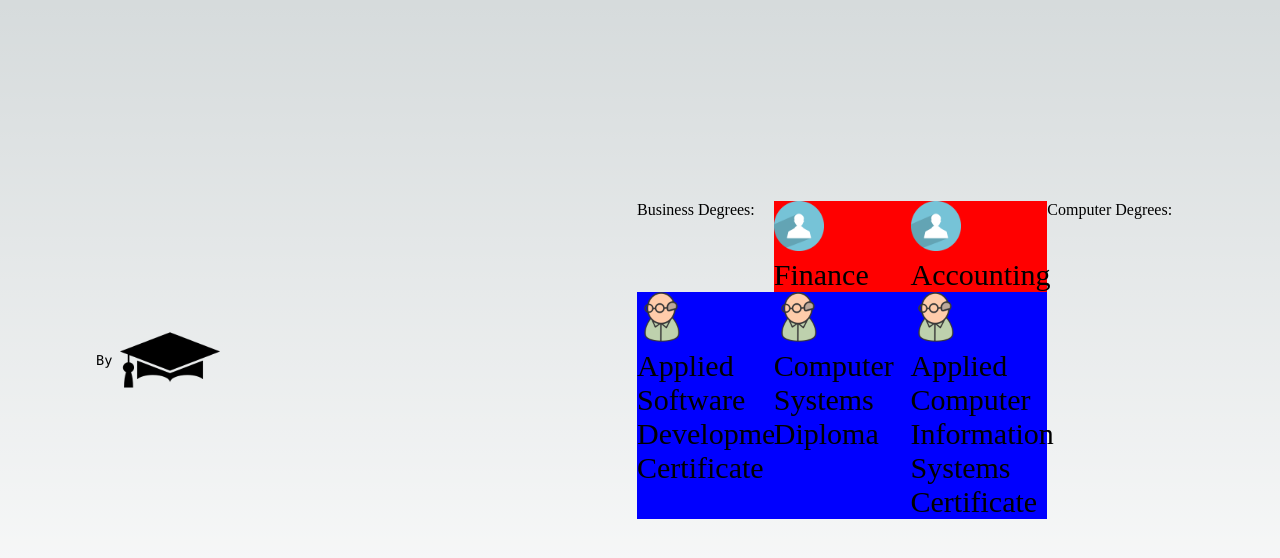
Repository: NeemaToto/mdia2109week3
Page: /
An editor plug-in stored every save of this project. The page is shown before and after the next save, followed by the edit.
The browser window is 1280 px wide. The pictures show the whole page.
The project was rebuilt for these pictures with package versions that can differ from the ones it lists, and the page was loaded fresh each time. The framework's server and built-in components were replaced by stand-ins that run in the browser. Also part of the build but not shown: next.config.js.

Above is the page before, as saved 2023-01-19 12:12:09.

After the next save:
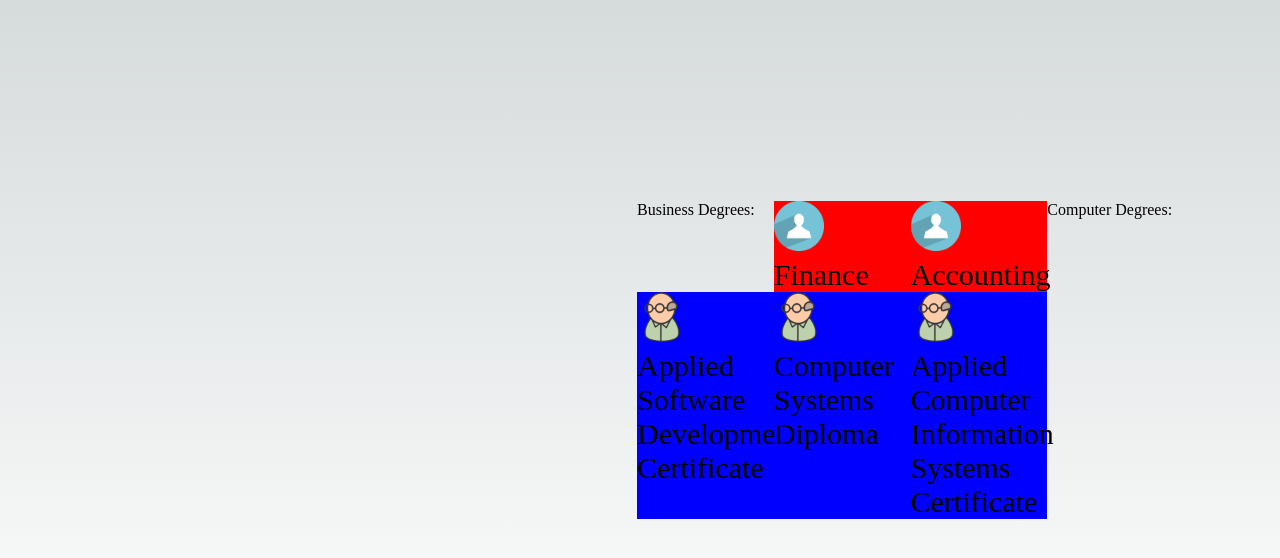
Saved 30 s later.
--- a/pages/index.js
+++ b/pages/index.js
@@ -23,23 +23,7 @@ export default function Home() {
       </Head>
       <main className={styles.main}>
         <div className={styles.description}>
-          <div>
-            <a
-              href="https://vercel.com?utm_source=create-next-app&utm_medium=default-template&utm_campaign=create-next-app"
-              target="_blank"
-              rel="noopener noreferrer"
-            >
-              By{' '}
-              <Image
-                src="/degree-icon.png"
-                alt="Vercel Logo"
-                className={styles.vercelLogo}
-                width={100}
-                height={94}
-                priority
-              />
-            </a>
-          </div>
+
         </div>
 
 
